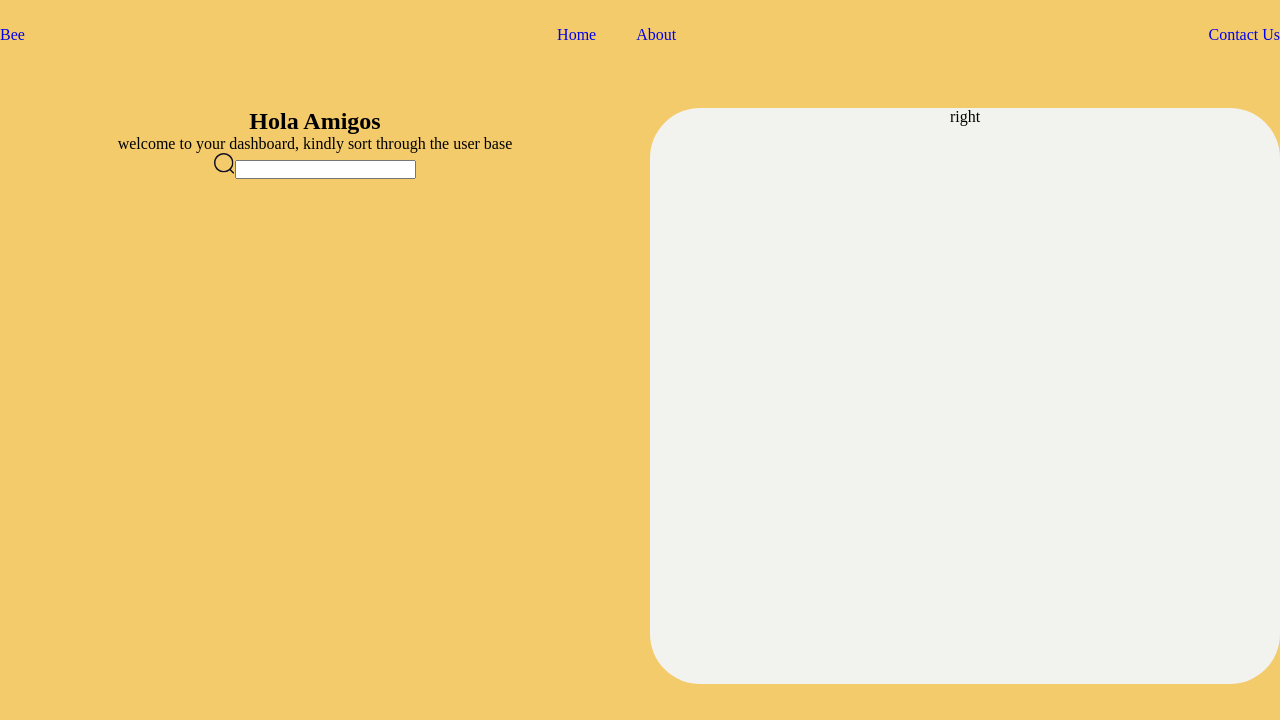
Repository: ble-syn/Random-user-generator-app
Page: /
An editor plug-in stored every save of this project. The page is shown before and after the next save, followed by the edit.
The browser window is 1280 px wide. The pictures show the whole page.
The project was rebuilt for these pictures with package versions that can differ from the ones it lists, and the page was loaded fresh each time. Also part of the build but not shown: src/pages/About.jsx, src/pages/Policy.jsx, src/pages/Terms.jsx, src/pages/Contact.jsx, src/pages/NotFound.jsx.

Above is the page before, as saved 2022-10-26 00:44:40.

After the next save:
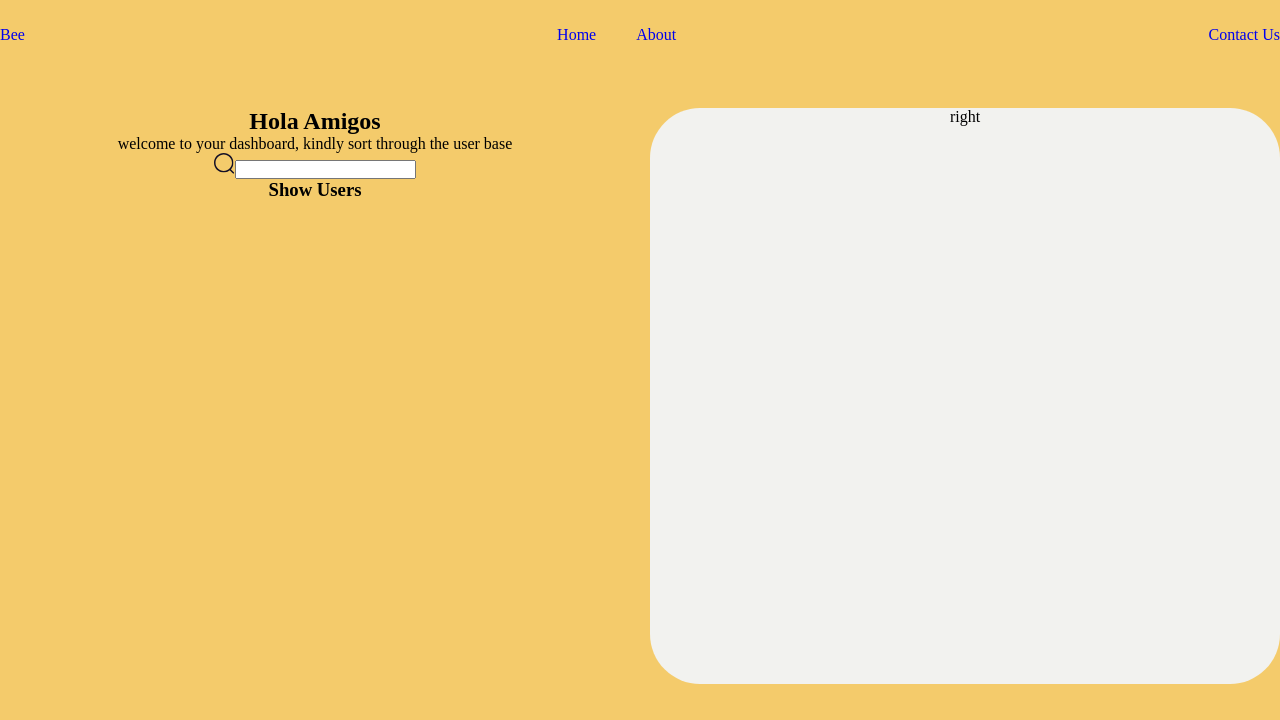
Saved 34 s later.
--- a/src/pages/Home.jsx
+++ b/src/pages/Home.jsx
@@ -11,6 +11,7 @@ function Home() {
           <Search />
           <input type="text" name="" id="" />
         </form>
+        <h3>Show Users</h3>
       </div>
       <div id="right">
         right
